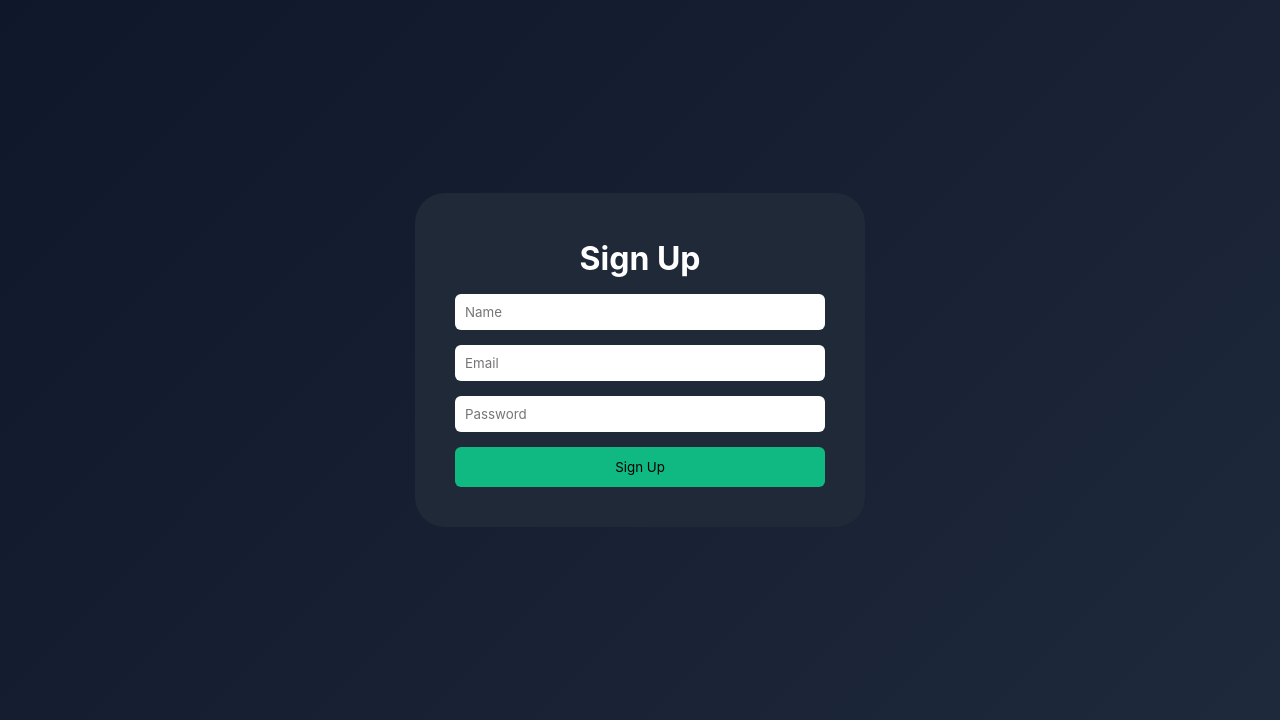
Repository: Nikhilesh-Attal/smart-notes-ai
Page: /signup (app in frontend/)
These files come from the project's save history. The page is drawn as it stood at one moment and after the next save; the edit follows.
The browser window is 1280 px wide. The pictures show the whole page.
The project was rebuilt for these pictures with package versions that can differ from the ones it lists, and the page was loaded fresh each time. Also part of the build but not shown: frontend/vite.config.ts, frontend/src/pages/Home.tsx, frontend/src/pages/chat.css, frontend/src/pages/chat.tsx, frontend/src/pages/Login.tsx, frontend/src/pages/About.tsx, frontend/src/pages/ContactUs.tsx.

Above is the page before, as saved 2026-02-24 20:06:25.

### frontend/src/main.tsx
import React from "react";
import ReactDOM from "react-dom/client";
import { BrowserRouter } from "react-router-dom";
import App from "./App";
import "./pages/layout.css";

ReactDOM.createRoot(document.getElementById("root")!).render(
  <BrowserRouter>
    <App />
  </BrowserRouter>
);

### frontend/src/App.tsx
import { BrowserRouter, Routes, Route } from "react-router-dom";
import Home from "./pages/Home";
import Chat from "./pages/chat";
import Login from "./pages/Login";
import Signup from "./pages/Signup";
import About from "./pages/About";
import ContactUs from "./pages/ContactUs";

function App() {
  return (

      <Routes>
        <Route path="/" element={<Home />} />
        <Route path="/chat" element={<Chat />} />
        <Route path="/login" element={<Login />} />
        <Route path="/signup" element={<Signup />} />
        <Route path="/about" element={<About />} />
        <Route path="/ContactUs" element={<ContactUs />} />
      </Routes>

  );
}

export default App;

### frontend/src/pages/layout.css
* {
  margin: 0;
  padding: 0;
  box-sizing: border-box;
  font-family: 'Inter', sans-serif;
}

body {
  background: linear-gradient(135deg, #0f172a, #1e293b);
  color: white;
}

.app-container {
  display: flex;
  height: 100vh;
}

/* Sidebar */

.sidebar {
  width: 250px;
  background: #111827;
  padding: 20px;
  display: flex;
  flex-direction: column;
}

.sidebar h2 {
  margin-bottom: 20px;
}

.sidebar button {
  background: #10b981;
  border: none;
  padding: 10px;
  border-radius: 6px;
  cursor: pointer;
  margin-bottom: 20px;
}

.sidebar a {
  color: #ccc;
  text-decoration: none;
  margin-top: 10px;
}

.sidebar a:hover {
  color: #10b981;
}

/* Main Chat Area */

.chat-container {
  flex: 1;
  display: flex;
  flex-direction: column;
}

.chat-messages {
  flex: 1;
  padding: 30px;
  overflow-y: auto;
}

.message {
  max-width: 60%;
  padding: 12px;
  border-radius: 10px;
  margin-bottom: 15px;
}

.user {
  background: #10b981;
  align-self: flex-end;
}

.bot {
  background: #1f2937;
}

.chat-input {
  display: flex;
  padding: 15px;
  border-top: 1px solid #333;
}

.chat-input input {
  flex: 1;
  padding: 12px;
  border-radius: 6px;
  border: none;
  margin-right: 10px;
}

.chat-input button {
  padding: 12px 20px;
  border: none;
  border-radius: 6px;
  background: #10b981;
  cursor: pointer;
}

### frontend/src/pages/Signup.tsx
import "../pages/auth.css";

const Signup = () => {
  return (
    <div className="auth-container">
      <div className="auth-box">
        <h2>Sign Up</h2>
        <input type="text" placeholder="Name" />
        <input type="email" placeholder="Email" />
        <input type="password" placeholder="Password" />
        <button>Sign Up</button>
      </div>
    </div>
  );
};

export default Signup;

### frontend/src/pages/Home.css
/*
/* Global Reset & Base Theme
* {
    margin: 0;
    padding: 0;
    box-sizing: border-box;
    font-family: 'Inter', system-ui, -apple-system, sans-serif;
}

body {
    background-color: #0b0f1a;
    color: #f8f9fc;
    line-height: 1.6;
}

/* Glassmorphism Utility
.glass {
    background: rgba(255, 255, 255, 0.03);
    backdrop-filter: blur(12px);
    -webkit-backdrop-filter: blur(12px);
    border: 1px solid rgba(255, 255, 255, 0.1);
}

/* Home Page Layout
.home-page-wrapper {
    min-height: 100vh;
    display: flex;
    flex-direction: column;
    align-items: center;
}

/* Header Styling - Max Length & Right Aligned Auth */
/* .home-header {
    display: flex;
    justify-content: space-between;
    align-items: center;
    padding:0.5rem 2rem; /* 1rem 3rem;
    margin-top: 10px;
    width: 100%; /* Maximized length *
    height: 60px;
    min-height: 80px;
    max-width: 12000px;
    border-radius: 100px;
    z-index: 1000;
}

.logo-group {
  display: flex;
  align-items: center;
  gap: 5px;
}

.logo-image {
  height: 90px; /* Adjust this height to match your text size
  width: auto;
  object-fit: contain;
}

.logo-image:hover {
    transform: scale(1.05); /* subtle pop on hover
}

/* .logo-group {
    display: flex;
    align-items: center;
    gap: 12px;
}

.logo-glow-icon {
    width: 28px;
    height: 28px;
    background: linear-gradient(135deg, #a855f7, #4ade80);
    border-radius: 8px;
    box-shadow: 0 0 15px rgba(168, 85, 247, 0.4);
}

.header-controls {
    display: flex;
    align-items: center;
    gap: 2rem;
}

.info-nav {
    display: flex;
    gap: 1.5rem;
}

.nav-link, .text-btn {
    background: none;
    border: none;
    color: #4ade80; /*cbd5e1;
    font-size: 0.98rem;
    cursor: pointer;
    transition: 0.3s;
}

.nav-link:hover, .text-btn:hover {
    color: #4ade80;
}

.header-auth {
    background-color: #4ade80;
    color: #0b0f1a;
    padding: 8px 24px;
    border-radius: 50px;
    border: none;
    font-weight: 700;
    cursor: pointer;
    transition: 0.3s;
    display: flex;
    align-items: center;
    gap: 1rem;
    padding-left: 1rem;
    border-left: 1px solid rgba(255, 255, 255, 0.1);
}

.primary-btn {
    background-color: #4ade80;
    color: #0b0f1a;
    padding: 8px 24px;
    border-radius: 50px;
    border: none;
    font-weight: 700;
    cursor: pointer;
    transition: 0.3s;
}

.primary-btn:hover {
    background-color: #38c16a;
    transform: translateY(-1px);
}

/* Hero Content
.hero-container {
    flex: 1;
    display: flex;
    align-items: center;
    justify-content: center;
    padding: 80px 20px;
}

.hero-content {
    text-align: center;
    padding: 80px 40px;
    border-radius: 40px;
    max-width: 900px;
    box-shadow: 0 0 80px rgba(168, 85, 247, 0.15);
}

.home-title {
    font-size: clamp(2.5rem, 6vw, 4.5rem);
    font-weight: 800;
    line-height: 1.1;
    margin-bottom: 20px;
    color: #ffffff;
}

.gradient-highlight {
    background: linear-gradient(90deg, #a855f7, #4ade80);
    -webkit-background-clip: text;
    -webkit-text-fill-color: transparent;
}

.home-subtitle {
    font-size: 1.25rem;
    color: #94a3b8;
    margin-bottom: 40px;
    max-width: 650px;
    margin-left: auto;
    margin-right: auto;
}

.main-cta {
    padding: 20px 200px;
    font-size: 1.rem;
    font-weight: 800;
    border: none;
    border-radius: 50px;
    background: #4ade80;
    color: #0b0f1a;
    cursor: pointer;
    box-shadow: 0 10px 30px rgba(74, 222, 128, 0.3);
    transition: 0.3s ease;
}

.main-cta:hover {
    transform: scale(1.05);
}

/* Bento Grid Styling
.bento-section {
    width: 90%;
    max-width: 1100px;
    padding-bottom: 100px;
}

.section-label {
    margin-bottom: 30px;
    font-size: 1.5rem;
    color: #94a3b8;
}

.bento-grid {
    display: grid;
    grid-template-columns: repeat(auto-fit, minmax(280px, 1fr));
    gap: 24px;
}

.bento-card {
    padding: 30px;
    border-radius: 30px;
    text-align: center;
    transition: 0.3s;
}

.bento-card:hover {
    border-color: #a855f7;
    transform: translateY(-5px);
}

.visual-box {
    height: 80px;
    margin-bottom: 20px;
    display: flex;
    align-items: center;
    justify-content: center;
}

/* Bento Visual Elements
.dot { width: 15px; height: 15px; border-radius: 50%; margin: 5px; }
.dot.p { background: #a855f7; box-shadow: 0 0 10px #a855f7; }
.dot.g { background: #4ade80; box-shadow: 0 0 10px #4ade80; }

.progress-bar { width: 100px; height: 10px; background: #334155; border-radius: 10px; overflow: hidden; }
.progress-fill { width: 70%; height: 100%; background: #4ade80; }

.waveform {
    width: 60px;
    height: 30px;
    background: repeating-linear-gradient(90deg, #a855f7, #a855f7 2px, transparent 2px, transparent 6px);
}

.search-icon { font-size: 2rem; }

/* Footer Section
.home-footer {
    padding: 60px;
    color: #475569;
    font-size: 0.9rem;
    border-top: 1px solid rgba(255, 255, 255, 0.05);
    width: 100%;
    text-align: center;
} */


/* Global Reset & Base Theme */
* {
    margin: 0;
    padding: 0;
    box-sizing: border-box;
    font-family: 'Inter', system-ui, -apple-system, sans-serif;
}

body {
    background-color: #0b0f1a;
    color: #f8f9fc;
    line-height: 1.6;
}

/* Glassmorphism Utility */
.glass {
    background: rgba(255, 255, 255, 0.03);
    backdrop-filter: blur(12px);
    -webkit-backdrop-filter: blur(12px);
    border: 1px solid rgba(255, 255, 255, 0.1);
}

/* Home Page Layout */
.home-page-wrapper {
    min-height: 100vh;
    display: flex;
    flex-direction: column;
    align-items: center;
}

/* Header Styling - Optimized for Pill buttons */
.home-header {
    display: flex;
    justify-content: space-between;
    align-items: center;
    padding: 0.5rem 2rem;
    margin-top: 10px;
    width: 95%;
    min-height: 80px;
    max-width: 1400px;
    border-radius: 100px;
    z-index: 1000;
}

.logo-group {
    display: flex;
    align-items: center;
    gap: 12px;
}

.logo-image {
    height: 60px;
    width: auto;
    object-fit: contain;
    transition: transform 0.3s ease;
}

.logo-image:hover {
    transform: scale(1.05);
}

.header-controls {
    display: flex;
    align-items: center;
    gap: 2rem;
}

.info-nav {
    display: flex;
    gap: 1.5rem;
}

.nav-link {
    background: none;
    border: none;
    color: #cbd5e1;
    font-size: 0.98rem;
    cursor: pointer;
    transition: 0.3s;
}

.nav-link:hover {
    color: #4ade80;
}

/* --- UPDATED AUTH SECTION (The Pill Shape) --- */

.header-auth {
    display: flex;
    align-items: center;
    padding-left: 1.5rem;
    border-left: none; /* Removed white line */
}

.auth-pill {
    display: flex;
    align-items: center;
    background-color: #38c16a; /* Updated to requested Green */
    border-radius: 50px;       /* Cylindrical shape */
    padding: 2px 5px;
    box-shadow: 0 4px 15px rgba(56, 193, 106, 0.3);
    transition: all 0.3s ease;
}

.auth-pill:hover {
    transform: translateY(-2px);
    background-color: #2ea85a; /* Slightly darker green */
}

.auth-btn {
    background: none;   /* Removed white rectangular background */
    border: none;
    color: #0b0f1a;     /* Dark text for contrast */
    padding: 10px 20px;
    font-weight: 700;
    font-size: 0.9rem;
    cursor: pointer;
    transition: opacity 0.2s ease;
}

.auth-btn:hover {
    opacity: 0.7;
}

.auth-divider {
    width: 1px;
    height: 18px;
    background-color: rgba(11, 15, 26, 0.15); /* Subtle separator */
}

/* --- END AUTH SECTION --- */

/* Hero Content */
.hero-container {
    flex: 1;
    display: flex;
    align-items: center;
    justify-content: center;
    padding: 80px 20px;
}

.hero-content {
    text-align: center;
    padding: 80px 40px;
    border-radius: 40px;
    max-width: 900px;
    box-shadow: 0 0 80px rgba(168, 85, 247, 0.15);
}

.home-title {
    font-size: clamp(2.5rem, 6vw, 4.5rem);
    font-weight: 800;
    line-height: 1.1;
    margin-bottom: 20px;
    color: #ffffff;
}

.gradient-highlight {
    background: linear-gradient(90deg, #a855f7, #4ade80);
    -webkit-background-clip: text;
    -webkit-text-fill-color: transparent;
}

.home-subtitle {
    font-size: 1.25rem;
    color: #94a3b8;
    margin-bottom: 40px;
    max-width: 650px;
    margin-left: auto;
    margin-right: auto;
}

.main-cta {
    padding: 18px 60px;
    font-size: 1.1rem;
    font-weight: 800;
    border: none;
    border-radius: 50px;
    background: #4ade80;
    color: #0b0f1a;
    cursor: pointer;
    box-shadow: 0 10px 30px rgba(74, 222, 128, 0.3);
    transition: 0.3s ease;
}

.main-cta:hover {
    transform: scale(1.05);
}

/* Bento Grid Styling */
.bento-section {
    width: 90%;
    max-width: 1100px;
    padding-bottom: 100px;
}

.section-label {
    margin-bottom: 30px;
    font-size: 1.5rem;
    color: #94a3b8;
}

.bento-grid {
    display: grid;
    grid-template-columns: repeat(auto-fit, minmax(280px, 1fr));
    gap: 24px;
}

.bento-card {
    padding: 30px;
    border-radius: 30px;
    text-align: center;
    transition: 0.3s;
}

.bento-card:hover {
    border-color: #a855f7;
    transform: translateY(-5px);
}

.visual-box {
    height: 80px;
    margin-bottom: 20px;
    display: flex;
    align-items: center;
    justify-content: center;
}

/* Bento Visual Elements */
.dot { width: 15px; height: 15px; border-radius: 50%; margin: 5px; }
.dot.p { background: #a855f7; box-shadow: 0 0 10px #a855f7; }
.dot.g { background: #4ade80; box-shadow: 0 0 10px #4ade80; }

.progress-bar { width: 100px; height: 10px; background: #334155; border-radius: 10px; overflow: hidden; }
.progress-fill { width: 70%; height: 100%; background: #4ade80; }

.waveform {
    width: 60px;
    height: 30px;
    background: repeating-linear-gradient(90deg, #a855f7, #a855f7 2px, transparent 2px, transparent 6px);
}

.search-icon { font-size: 2rem; }

/* Footer Section */
.home-footer {
    padding: 60px;
    color: #475569;
    font-size: 0.9rem;
    border-top: 1px solid rgba(255, 255, 255, 0.05);
    width: 100%;
    text-align: center;
}

### frontend/src/pages/auth.css
.auth-container {
  height: 100vh;
  display: flex;
  justify-content: center;
  align-items: center;
}

.auth-box {
  background: #1f2937;
  padding: 40px;
  border-radius: 10px;
  width: 350px;
}

.auth-box input {
  width: 100%;
  padding: 10px;
  margin-bottom: 15px;
  border-radius: 6px;
  border: none;
}

.auth-box button {
  width: 100%;
  padding: 12px;
  background: #10b981;
  border: none;
  border-radius: 6px;
  cursor: pointer;
}

/* Full Page Wrapper */
.auth-page-wrapper {
    min-height: 100vh;
    background-color: #0b0f1a;
    display: flex;
    flex-direction: column;
}

/* Auth Container Centering */
.auth-container {
    flex: 1;
    display: flex;
    align-items: center;
    justify-content: center;
    padding: 20px;
}

/* The Glass Box */
.auth-box {
    width: 100%;
    max-width: 450px;
    padding: 40px;
    border-radius: 30px;
    text-align: center;
}

.auth-box h2 {
    font-size: 2rem;
    color: #ffffff;
    margin-bottom: 10px;
}

.auth-subtitle {
    color: #94a3b8;
    margin-bottom: 30px;
    font-size: 0.95rem;
}

/* Form Layout */
.auth-form {
    display: flex;
    flex-direction: column;
    gap: 20px;
    text-align: left;
}

.input-group {
    display: flex;
    flex-direction: column;
    gap: 8px;
}

.input-group label {
    color: #cbd5e1;
    font-size: 0.85rem;
    font-weight: 600;
    padding-left: 5px;
}

.input-group input {
    background: rgba(255, 255, 255, 0.05);
    border: 1px solid rgba(255, 255, 255, 0.1);
    border-radius: 12px;
    padding: 12px 15px;
    color: #ffffff;
    outline: none;
    transition: 0.3s;
}

.input-group input:focus {
    border-color: #38c16a;
    background: rgba(255, 255, 255, 0.08);
}

/* Login Pill Button */
.auth-submit-btn {
    background-color: #38c16a;
    color: #0b0f1a;
    border: none;
    padding: 14px;
    border-radius: 50px;
    font-weight: 800;
    font-size: 1rem;
    cursor: pointer;
    margin-top: 10px;
    transition: all 0.3s ease;
    box-shadow: 0 4px 15px rgba(56, 193, 106, 0.2);
}

.auth-submit-btn:hover {
    background-color: #2ea85a;
    transform: translateY(-2px);
    box-shadow: 0 6px 20px rgba(56, 193, 106, 0.3);
}

/* Footer Link */
.auth-footer {
    margin-top: 25px;
    color: #94a3b8;
    font-size: 0.9rem;
}

.auth-footer span {
    color: #4ade80;
    cursor: pointer;
    font-weight: 600;
    text-decoration: underline;
}

.auth-footer span:hover {
    color: #38c16a;
}

### frontend/src/pages/About.css
/* About Page Layout */
.about-page-wrapper {
    min-height: 100vh;
    background-color: #0b0f1a;
    color: #f8f9fc;
    display: flex;
    flex-direction: column;
    align-items: center;
    padding-bottom: 100px;
}

/* Nav Styles */
.about-nav {
    width: 100%;
    max-width: 1200px;
    padding: 30px 20px;
}

.back-link {
    background: none;
    border: none;
    color: #4ade80;
    font-size: 1rem;
    font-weight: 600;
    cursor: pointer;
    transition: 0.3s;
}

.back-link:hover {
    color: #38c16a;
    transform: translateX(-5px);
}

/* Hero Section */
.about-hero {
    text-align: center;
    padding: 60px 20px;
    max-width: 900px;
}

.about-title {
    font-size: clamp(2.5rem, 5vw, 4rem);
    font-weight: 800;
    line-height: 1.2;
    margin-bottom: 20px;
}

.about-tagline {
    font-size: 1.25rem;
    color: #94a3b8;
    max-width: 700px;
    margin: 0 auto;
}

/* Mission Section */
.mission-container {
    margin: 40px 20px;
    padding: 60px;
    max-width: 1000px;
    border-radius: 40px;
    text-align: center;
}

.mission-text h2 {
    font-size: 2rem;
    color: #4ade80;
    margin-bottom: 20px;
}

.mission-text p {
    font-size: 1.15rem;
    line-height: 1.8;
    color: #cbd5e1;
}

/* Values Grid */
.values-grid {
    display: grid;
    grid-template-columns: repeat(auto-fit, minmax(280px, 1fr));
    gap: 24px;
    width: 90%;
    max-width: 1100px;
    margin-top: 60px;
}

.value-card {
    padding: 40px;
    border-radius: 30px;
    text-align: left;
    transition: 0.3s ease;
}

.value-card:hover {
    transform: translateY(-10px);
    border-color: #38c16a;
}

.value-icon {
    font-size: 2rem;
    margin-bottom: 15px;
}

.value-card h3 {
    margin-bottom: 10px;
    color: #ffffff;
}

.value-card p {
    color: #94a3b8;
    font-size: 0.95rem;
}

/* CTA Section */
.about-cta {
    margin-top: 100px;
    text-align: center;
}

.about-cta h2 {
    margin-bottom: 30px;
    font-size: 1.8rem;
}

/* Cylindrical Button - Matches your Auth Pill */
.about-primary-btn {
    background-color: #38c16a;
    color: #0b0f1a;
    padding: 18px 45px;
    border-radius: 50px;
    border: none;
    font-weight: 800;
    font-size: 1.1rem;
    cursor: pointer;
    box-shadow: 0 4px 15px rgba(56, 193, 106, 0.3);
    transition: all 0.3s ease;
}

.about-primary-btn:hover {
    background-color: #2ea85a;
    transform: scale(1.05);
    box-shadow: 0 8px 25px rgba(56, 193, 106, 0.4);
}

### frontend/src/pages/ContactUs.css
/* Contact Page Layout */
.contact-page-wrapper {
    min-height: 100vh;
    background-color: #0b0f1a;
    display: flex;
    flex-direction: column;
    align-items: center;
    justify-content: center;
    padding: 20px;
}

/* Back Button styling */
.back-btn {
    position: absolute;
    top: 30px;
    left: 30px;
    background: none;
    border: none;
    color: #4ade80;
    font-weight: 600;
    cursor: pointer;
    transition: 0.3s;
}

.back-btn:hover {
    transform: translateX(-5px);
}

/* Main Container */
.contact-container {
    width: 100%;
    max-width: 600px;
    padding: 50px;
    border-radius: 40px;
    text-align: center;
}

.contact-header {
    margin-bottom: 40px;
}

.contact-title {
    font-size: 2.5rem;
    font-weight: 800;
    color: #ffffff;
    margin-bottom: 10px;
}

.contact-subtitle {
    color: #94a3b8;
    font-size: 1.1rem;
}

/* Form Styling */
.contact-form {
    display: flex;
    flex-direction: column;
    gap: 20px;
    text-align: left;
}

.input-group {
    display: flex;
    flex-direction: column;
    gap: 8px;
}

.input-group label {
    color: #cbd5e1;
    font-size: 0.9rem;
    font-weight: 600;
    padding-left: 5px;
}

.input-group input,
.input-group textarea {
    background: rgba(255, 255, 255, 0.05);
    border: 1px solid rgba(255, 255, 255, 0.1);
    border-radius: 15px;
    padding: 15px;
    color: #ffffff;
    font-family: inherit;
    outline: none;
    transition: 0.3s;
}

.input-group input:focus,
.input-group textarea:focus {
    border-color: #38c16a;
    background: rgba(255, 255, 255, 0.08);
}

/* Submit Button - Matches your Green Pill style */
.contact-submit-btn {
    background-color: #38c16a;
    color: #0b0f1a;
    border: none;
    padding: 15px;
    border-radius: 50px;
    font-weight: 800;
    font-size: 1rem;
    cursor: pointer;
    margin-top: 10px;
    transition: all 0.3s ease;
    box-shadow: 0 4px 15px rgba(56, 193, 106, 0.3);
}

.contact-submit-btn:hover {
    background-color: #2ea85a;
    transform: translateY(-2px);
    box-shadow: 0 6px 20px rgba(56, 193, 106, 0.4);
}

/* Success State */
.success-message {
    padding: 40px 0;
}

.success-icon {
    font-size: 3rem;
    margin-bottom: 20px;
}

.success-message h2 {
    color: #ffffff;
    margin-bottom: 15px;
}

.success-message p {
    color: #94a3b8;
    margin-bottom: 30px;
}

.back-btn-simple {
    background: none;
    border: 1px solid #38c16a;
    color: #38c16a;
    padding: 10px 25px;
    border-radius: 50px;
    cursor: pointer;
    transition: 0.3s;
}

.back-btn-simple:hover {
    background: #38c16a;
    color: #0b0f1a;
}

Loaded but not shown: frontend/index.html (common file)

After the next save:
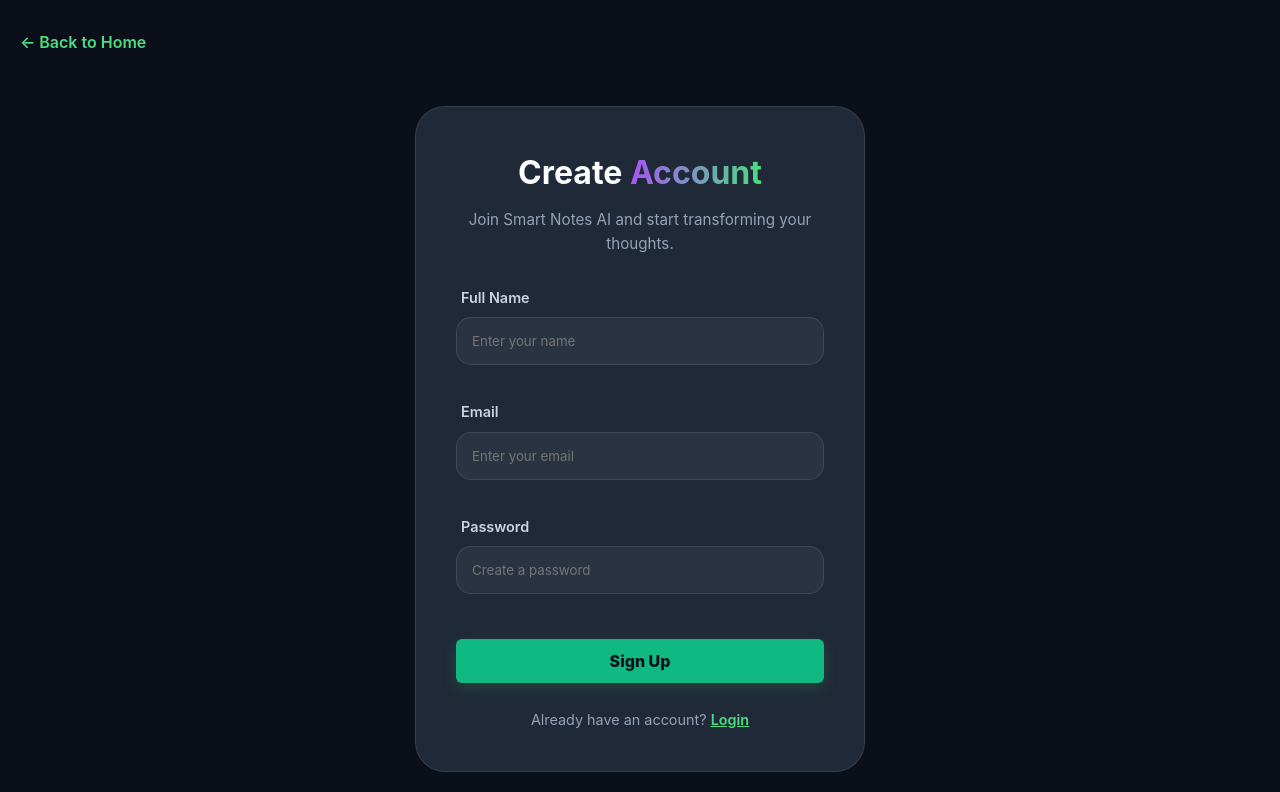
Saved 54 s later.
--- a/frontend/src/pages/Signup.tsx
+++ b/frontend/src/pages/Signup.tsx
@@ -1,14 +1,46 @@
+import { useNavigate } from "react-router-dom";
 import "../pages/auth.css";
 
 const Signup = () => {
+  const navigate = useNavigate();
+
   return (
-    <div className="auth-container">
-      <div className="auth-box">
-        <h2>Sign Up</h2>
-        <input type="text" placeholder="Name" />
-        <input type="email" placeholder="Email" />
-        <input type="password" placeholder="Password" />
-        <button>Sign Up</button>
+    <div className="auth-page-wrapper">
+      {/* Navigation Back */}
+      <nav className="about-nav">
+        <button className="back-link" onClick={() => navigate('/')}>
+          ← Back to Home
+        </button>
+      </nav>
+
+      <div className="auth-container">
+        <div className="auth-box glass">
+          <h2>Create <span className="gradient-highlight">Account</span></h2>
+          <p className="auth-subtitle">Join Smart Notes AI and start transforming your thoughts.</p>
+
+          <div className="auth-form">
+            <div className="input-group">
+              <label>Full Name</label>
+              <input type="text" placeholder="Enter your name" required />
+            </div>
+
+            <div className="input-group">
+              <label>Email</label>
+              <input type="email" placeholder="Enter your email" required />
+            </div>
+
+            <div className="input-group">
+              <label>Password</label>
+              <input type="password" placeholder="Create a password" required />
+            </div>
+
+            <button className="auth-submit-btn">Sign Up</button>
+          </div>
+
+          <p className="auth-footer">
+            Already have an account? <span onClick={() => navigate('/login')}>Login</span>
+          </p>
+        </div>
       </div>
     </div>
   );
